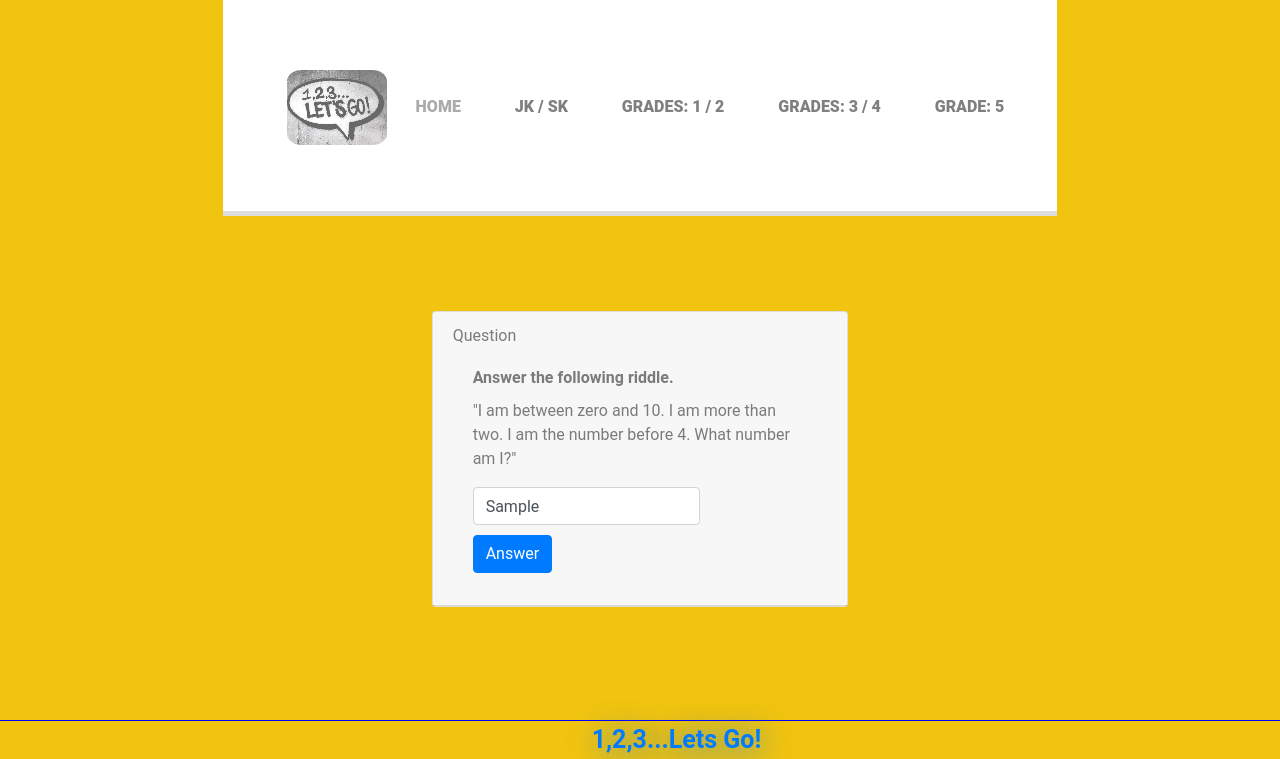
Repository: hanihassan1/Riddle-Game
Page: http://localhost/jk_sk
The author's editor kept a record of every edit. The page is drawn from the files as they stood at one moment, then again after the next edit.
The browser window is 1280 px wide. The pictures show the whole page.
Empty fields were first filled with sample values (such as "Sample", 5 or name@example.com).
After loading, the first visible `#jk_sk` was clicked once.
Some web fonts or font styles are not loaded; a fallback is used. The page is served by the project's application, run on Flask 3 (run.py).

Above is the page before.

After the next edit:
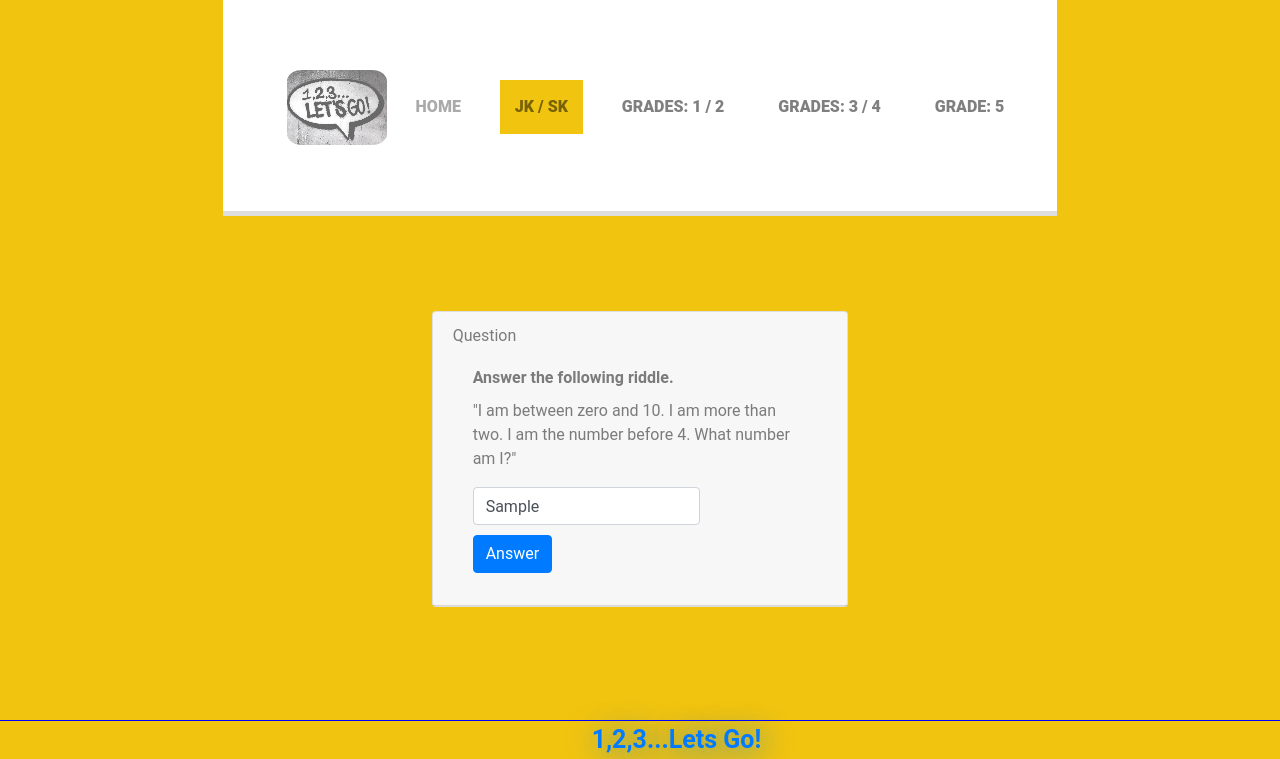
The edit:
--- a/templates/jk_sk.html
+++ b/templates/jk_sk.html
@@ -90,7 +90,11 @@
 
 <script type="text/javascript">
   function req_question(user_category) {
-    // $("#" + user_category).addClass("active");
+    $('ul').on('click', 'a', function() {
+    $('#' + user_category).removeClass('active');
+    $(this).addClass('active');
+});
+
     var xhttp = new XMLHttpRequest();
     xhttp.open("GET", "{{url_for('get_question') }}" + "?category=" + user_category, true);
     xhttp.send();
